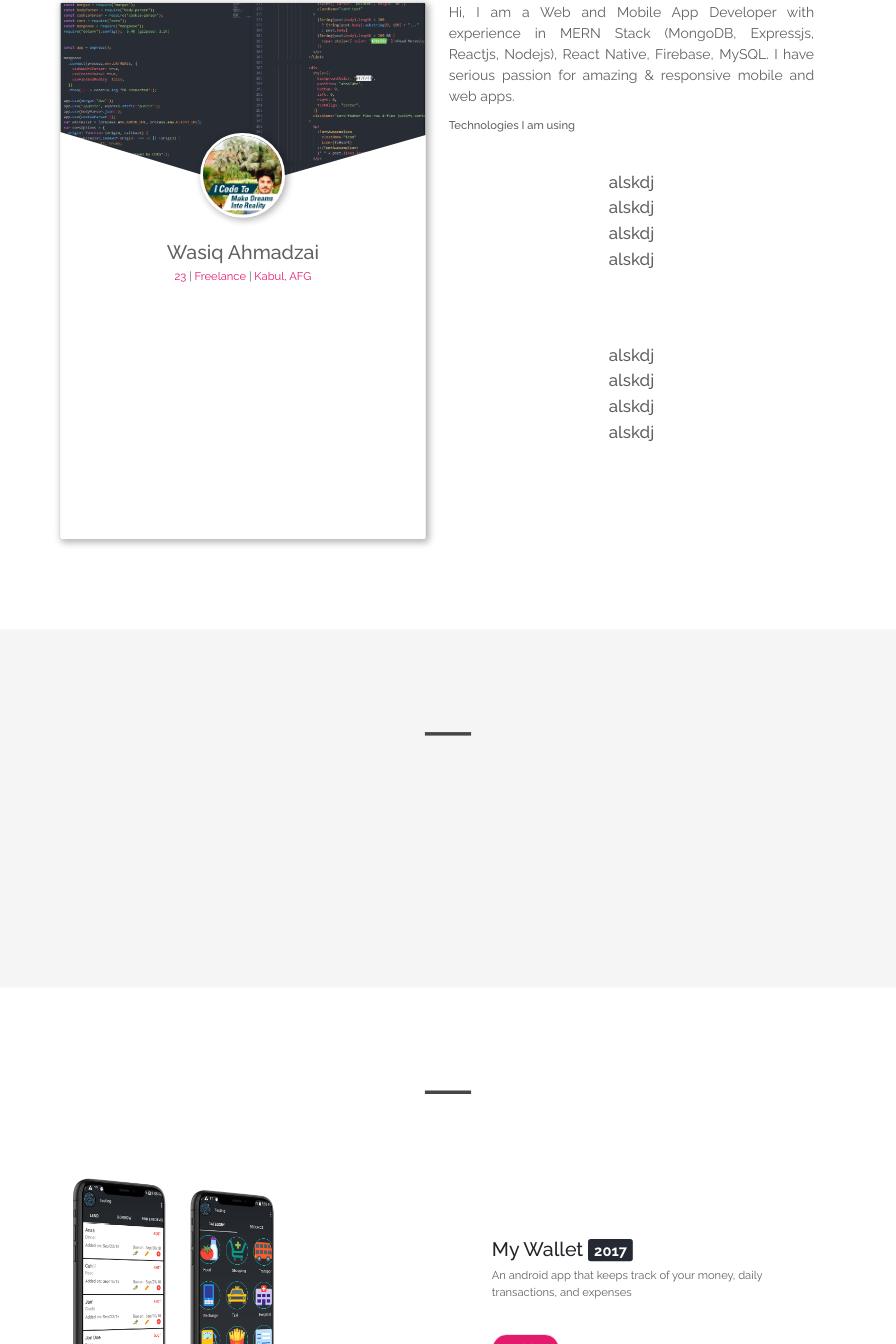
Repository: wasiqkhan/wasiqkhan.github.io
Page: index.html
These files come from the project's save history. The page is drawn as it stood at one moment and after the next save; the edit follows.
The browser window is 1280 px wide. The pictures show the part of the page from y = 897 to 2817 px (the page is 5240 px tall before and 5065 px after), at 70% of full size.
Some web fonts or font styles are not loaded; a fallback is used.

Above is the page before, as saved 2020-11-06 17:43:21.
Not found: js/all.js
Not found: js/app.js
Not found: js/particles.js

### index.html
<!DOCTYPE html>
<html lang="en">
  <!-- Start of Async Drift Code -->
<script>
  "use strict";!function(){var r=window.driftt=window.drift=window.driftt||[];if(!r.init){if(r.invoked)return window.console&&console.error&&console.error("Drift snippet included twice.");r.invoked=!0,r.methods=["identify","config","track","reset","debug","show","ping","page","hide","off","on"],r.factory=function(e){return function(){var t=Array.prototype.slice.call(arguments);return t.unshift(e),r.push(t),r}},r.methods.forEach(function(t){r[t]=r.factory(t)}),r.load=function(t){var e=3e5*Math.ceil(new Date/3e5),r=document.createElement("script");r.type="text/javascript",r.async=!0,r.crossorigin="anonymous",r.src="https://js.driftt.com/include/"+e+"/"+t+".js";var n=document.getElementsByTagName("script")[0];n.parentNode.insertBefore(r,n)}}}(),drift.SNIPPET_VERSION="0.3.1",drift.load("8faar6gaz2cs");
  </script>
  <!-- End of Async Drift Code -->
  <head>

    <meta charset="UTF-8" />
    <meta name="viewport" content="width=device-width, initial-scale=1.0" />
    <meta http-equiv="X-UA-Compatible" content="ie=edge" />
    <!-- <link href="https://fonts.googleapis.com/css?family=Raleway&display=swap" rel="stylesheet"> -->
    <link href="https://fonts.googleapis.com/css?family=Raleway:400,500,600,700,800&display=swap" rel="stylesheet">
    <link href="https://fonts.googleapis.com/icon?family=Material+Icons" rel="stylesheet">
    <link
    href="./css/materialdesignicons.min.css"
    media="all"
    rel="stylesheet"
  />
    <link type="text/css" rel="stylesheet" href="./css/style.css" />
    <link type="text/css" rel="stylesheet" href="./css/bootstrap.min.css" />
    <!-- <link type="text/css" rel="stylesheet" href="./css/all.css" /> -->
    <link type="text/css" rel="stylesheet" href="./css/lightbox.css" />
    <link rel="stylesheet" href="./css/line-awesome.css">
    <!-- <link rel="stylesheet" href="https://maxst.icons8.com/vue-static/landings/line-awesome/font-awesome-line-awesome/css/all.min.css"> -->

    <link rel="shortcut icon" href="./icon.png">

    <link
      type="text/css"
      rel="stylesheet"
      media="screen and (max-width:768px)"
      href="./css/mobile.css"
    />
    <link
      type="text/css"
      rel="stylesheet"
      media="screen and (min-width:769px) and (max-width:992px)"
      href="./css/widescreen.css"
    />
    <link
      type="text/css"
      rel="stylesheet"
      media="screen and (min-width:993px) and (max-width:1199px)"
      href="./css/ipadpro.css"
    />

    <title>Mohammad Wasiq | Full Stack Web & Mobile Developler</title>
  </head>

  <body id="home" >
      <!-- <div id="particles-js">

      </div> -->
    <!-- Navbar -->
    <nav class="navigation">
      <button
        type="button"
        data-toggle="collapse"
        data-target="#myNav"
        class="navbar-toggler hamburger-menu"
      >
        <div class="line1"></div>
        <div class="line2"></div>
        <div class="line3"></div>
      </button>
      <div class="bg-cover"></div>
      <div class="collapse nav-content" id="myNav">
        <div class="container-fluid">
          <div class="row">
            <div class="col-10 max-auto">
              <ul class="navbar-nav flex-lg-row flex-column nav-justified">
                <li class="nav-item">
                  <a class="nav-link m-3 link-item" href="#home">Home</a>
                </li>
                <li class="nav-item">
                  <a class="nav-link m-3 link-item" href="#about">About</a>
                </li>
                <li class="nav-item">
                  <a class="nav-link m-3 link-item" href="#service">Services</a>

                </li>
                <li class="nav-item">
                    <a class="nav-link m-3 link-item" href="#portfolio">Portfolio</a>
                  </li>
                <li class="nav-item">
                  <a class="nav-link m-3 link-item" href="#skills">Skills</a>
                </li>
                <li class="nav-item">
                  <a class="nav-link m-3 link-item" href="#contact">Contact</a>
                </li>
              </ul>
            </div>
          </div>
        </div>
      </div>
    </nav>

    <header id="showcase">



      <div class="showcase-content">
          <h1 class="heading">Hello, I'm <span style="color: #E31B6D">Wasiq Ahmadzai</span>.<br>I'm a Web & Mobile App Developer.</h1>
<!--
          <div class="links">
            <a href="http://www.facebook.com" target="_blank"><i class="fab fa-facebook fa-2x"></i></a>
            <a href="http://www.twitter.com" target="_blank"><i class="fab fa-twitter fa-2x"></i></a>
            <a href="http://www.instagram.com" target="_blank"><i class="fab fa-instagram fa-2x"></i></a>
            <a href="http://www.googleplus.com" target="_blank"><i class="fab fa-google-plus fa-2x"></i></a>
          </div> -->
          <a href="#about" class="btnn">Read more</a>
        </div>
    </header>

    <section id="about" class="primary about">
        <h2 class="text-center m-heading">About Me</h2>
        <div class="line"></div>
      <div class="container new">
        <div class="card cardnew">

          <img src="./img/dev.PNG" class="card-img-top cut" style="margin: auto">
          <div class="card-body">
              <img src="./img/5a159554b6a61a2ba5ccdb57.PNG" class="my-img" />
              <div class="card-title">
                <h3 class="text-center">Wasiq Ahmadzai</h3>
              </div>
              <div class="card-subtitle text-center">
                <p style="color:#E31B6D">23 <span style="color: #616161">|</span> Freelance <span style="color: #616161">|</span> Kabul, AFG</p>
              </div>
              <div class="links">
                  <a href="http://www.facebook.com/ahmadzai.khan.54" target="_blank"><i class="fab fa-facebook fa-2x"></i></a>
                  <a href="https://github.com/wasiqkhan" target="_blank"><i class="fab fa-github fa-2x"></i></a>

                  <a href="https://www.linkedin.com/in/mohammad-wasiq-ahmadzai-5439371b0/" target="_blank"><i class="fab fa-linkedin fa-2x"></i></a>
                </div>
          </div>
        </div>
        <div class="items">



          <div>

          <p class="info-p lead">Hi, I am a Web and Mobile App Developer with experience in MERN Stack (MongoDB, Expressjs, Reactjs, Nodejs), React Native, Firebase, MySQL. I have serious passion for amazing & responsive mobile and web apps.</p>

        </div>
        <h6 style="text-align:left">Technologies I am using</h6>
        <!-- <div class="service-items" style="padding: 0 0">
        <ul class="skill-set">
          <li>Javascript</li>
          <li>Reactjs</li>
          <li>Nodejs</li>
          <li>React Native</li>
          <li>MongoDB</li>
          <li>MySQL</li>
        </ul>
      </div> -->
      <div class="skill-group">
        <h4>alskdj</h4>
        <h4>alskdj</h4>
        <h4>alskdj</h4>
        <h4>alskdj</h4>
      </div>
      <div class="skill-group">
        <h4>alskdj</h4>
        <h4>alskdj</h4>
        <h4>alskdj</h4>
        <h4>alskdj</h4>
      </div>
        <!-- <div class="service-items flex-wrap" style="padding: 0 0">
            <div class="item fun-facts" style="margin-right: 10px ;background: #252934">
              <div>
                <i class="fas fa-coffee fa-2x mb-3" style="color:#E31B6D"></i>
                <h6 class="text-center" style="color: white">100+ Cups of Coffee</h6>

              </div>
            </div>

            <div class="item fun-facts" style="margin-right: 10px ;background: #252934">
              <div>
                  <i class="fas fa-book fa-2x mb-3" style="color:#E31B6D"></i>
                <h6 class="text-center" style="color: white">10+ Books</h6>

              </div>

            </div>

            <div class="item fun-facts" style="margin-right: 10px ;background: #252934">
              <div>
                  <i class="fas fa-bicycle fa-2x mb-3" style="color:#E31B6D"></i>
                <h6 class="text-center" style="color: white">1200km Cycled</h6>

              </div>

            </div>
            <div class="item fun-facts" style="margin-right: 10px;background: #252934">
                <div>
                    <i class="fas fa-award fa-2x mb-3" style="color:#E31B6D"></i>
                  <h6 class="text-center" style="color: white">10 Awards Won</h6>

                </div>

              </div>
          </div> -->



<div>
          <a href="#contact" class="hire-me">Hire Me</a>
        </div>

      </div>


          </div>

    </section>
    <section id="service" class="primary service">
      <div class="container">
        <h2 class="text-center m-heading">Services</h2>
        <div class="line"></div>

        <div class="service-items rotate fun-facts">
          <div class="item">
            <div>
              <i class="fas fa-desktop fa-6x textt mb-3"></i>
              <h3 class="text-center">Web Development</h3>
              <p class="text-center">
                Fully responsive full stack website development
              </p>
            </div>
          </div>

          <div class="item">
            <div>
                <i class="fas fa-mobile-alt fa-6x textt textt2 mb-3"></i>
              <h3 class="text-center">Mobile Apps</h3>
              <p class="text-center">
                Fast and Professional app development using latest technologies
              </p>
            </div>

          </div>

          <div class="item">
            <div>
                <i class="fas fa-rocket fa-6x  textt mb-3"></i>
              <h3 class="text-center">Launch</h3>
              <p class="text-center">
                Deployment and Maintainance

              </p>
            </div>

          </div>
        </div>
      </div>
    </section>
    <section id="portfolio" class="portfolio">
      <div class="container">
        <h2 class="text-center m-heading">Portfolio</h2>
        <div class="line"></div>

        <div class="portfolio-items row align-items-center h-100 text-center text-lg-left" style="margin-top: 120px;">
          <div class="col-lg-6 p-lg-0">
            <img src="./img/walletapp.png" height="350" >

          </div>
          <div class="col-lg-5 mx-auto py-3">
            <h3 class="h3">My Wallet
              <span class="badge badge-sm">2017</span>
            </h3>
            <p class="mb-3" style="color: #616161;">An android app that keeps track of your money, daily transactions, and expenses
            </p>
            <a href="https://bit.ly/3iEEP3P" class="visit" target="_blank">Visit</a>

          </div>

        </div>

        <div class="portfolio-items row align-items-center h-100 text-center text-lg-left " style="margin-top: 220px;">
          <div class="col-lg-6 p-lg-0">
            <img src="./img/lineageweb.png" height="300"  >

          </div>
          <div class="col-lg-5 mx-auto py-3">
            <h3 class="h3 bold">Lineage Logistics
              <span class="badge badge-sm">2020</span>
            </h3>
            <p class="mb-3" style="color: #616161;">
              Lineage Logistics Afghanistan
            </p>
            <a href="https://lineage.com.af/" class="visit" target="_blank">Visit</a>

          </div>

        </div>

        <div class="portfolio-items row align-items-center h-100 text-center text-lg-left" style="margin-top: 220px;">
          <div class="col-lg-6 p-lg-0">
            <img src="./img/hosteldes.png" height="300"  >

          </div>
          <div class="col-lg-5 mx-auto py-3">
            <h3 class="h3">Hostel Managment System
              <span class="badge badge-sm">2018</span>
            </h3>
            <p class="mb-3" style="color: #616161;">Hostel Management System is a JavaFX and SQL Server desktop application. This application allows you to store and manage Hostel data and students records.
            </p>
            <a href="https://github.com/wasiqkhan/Hostel-Management-System" class="visit" target="_blank">Visit</a>

          </div>

        </div>
      </div>
    </section>


    <section id="contact" class="contact">
      <svg preserveAspectRatio="none" viewBox="0 0 100 102" height="90" width="100%" version="1.1"
      xmlns="http://www.w3.org/2000/svg" class="svgcolor-light">

     <path d="M0 0 L50 100 L100 0 Z" fill="white" stroke="white"/>

    </svg>
      <div class="container-fluid">
        <h2 class="text-center m-heading" style="color: #fff">Contact</h2>
        <div class="line"></div>
        <div class="container">
          <h6 class="text-center py-5" style="color: #E31B6D">Have a question or want to make something special?</h6>


                <form
                class="waypoint"
                data-animation="pop-in"
                data-delay=".5s"
                id="contact-form"
              >
                <input placeholder="Name" type="text" name="name" required />
                <input
                  placeholder="Enter email"
                  type="email"
                  name="email"
                  required
                />
                <textarea
                  placeholder="Your Message"
                  type="text"
                  name="message"
                  required
                ></textarea>
                <div id="success">
                  <div>
                    Your message was sent successfully. Thanks!<span
                      id="close"
                      class="mdi mdi-close"
                    ></span>
                  </div>
                </div>
                <input class="button" type="submit" id="submit" value="SUBMIT" />
              </form>



        </div>
    </section>
    <footer id="footer">
      <div class="container">
        <div class="row">
          <div class="col text-center">
            <div class="mb-2">
              <a href="http://www.facebook.com/ahmadzai.khan.54" target="_blank" class="mx-sm-4 mx-2 social"
                ><i class="fab fa-facebook fa-2x"></i
              ></a>
              <a href="https://github.com/wasiqkhan" target="_blank" class="mx-sm-4 mx-2 social"
                ><i class="fab fa-github fa-2x"></i
              ></a>
              <a href="https://www.linkedin.com/in/mohammad-wasiq-ahmadzai-5439371b0/" target="_blank" class="mx-sm-4 mx-2 social"
                ><i class="fab fa-linkedin fa-2x"></i
              ></a>
             -->
            </div>

          </div>
        </div>
        <div class="container-fluid p-3">
            <div class="row">
              <div class="col mb-4">
                <ul class="nav justify-content-center footer-items">
                  <li class="nav-item">
                    <a href="#home" class="nav-link">Home</a>
                  </li>
                  <li class="nav-item">
                    <a href="#about" class="nav-link">About</a>
                  </li>
                  <li class="nav-item">
                    <a href="#service" class="nav-link">Services</a>
                  </li>
                  <li class="nav-item">
                      <a href="#portfolio" class="nav-link">Portfolio</a>
                    </li>
                  <li class="nav-item">
                    <a href="#skills" class="nav-link">Skills</a>
                  </li>
                  <li class="nav-item">
                    <a href="#contact" class="nav-link">Contact</a>
                  </li>

                </ul>
              </div>
            </div>
            <div class="row">
              <div class="col text-light text-center">
                <p>Wasiq Ahmadzai <span style="color: #E31B6D">&copy;2019</span></p>
              </div>
            </div>

      </div>
    </footer>
    <script src="./js/particles.js"></script>
    <script src="./js/app.js"></script>
    <script src="./js/jquery-3.4.1.min.js"></script>
    <script src="./js/popper.js"></script>
    <script src="./js/bootstrap.min.js"></script>
    <script src="./js/script.js"></script>
    <script src="./js/lightbox.js"></script>
    <script src="./js/all.js"></script>
  </body>
</html>

### css/mobile.css
@media (max-width: 500px) {
  #navbar {
    flex-direction: column;
    align-items: center;
  }
  .my-img {
    width: 40%;
    margin-left: 90px;
    margin-top: -100px;
  }
  .showcase-content h1 {
    font-size: 15pt;
  }
  #contact h6 {
    font-size: 9pt;
  }

  .info-p {
    margin-top: -150px;
  }

  .hire-me {
    margin-top: 40px;
  }
  .textt {
    margin-left: 70px;
  }
  .textt2 {
    margin-left: 95px;
  }
  .name {
    text-align: left;
    margin-top: 15px;
    margin-left: -30px;
  }
}

@media (min-width: 501px) and (max-width: 768px) {
  .my-img {
    margin-left: 240px;
  }
}

.info-p {
  margin-top: -100px;
}
.hire-me {
  margin-top: 30px;
}
.items {
  margin: 5rem 2rem;
  display: flex;
  flex-direction: column;
  align-items: center;
  justify-content: center;

  text-align: center;
  /* position: relative; */
  flex-wrap: wrap;
}

.items div {
  flex: 1;
}
.portfolio-items h3 {
  margin-top: 50px;
}

.portfolio-items img {
  width: 100%;
  height: auto;
  text-align: center;
  margin: auto;
}
#portfolio .portfolio-items .item {
  display: flex;
  text-align: left;
}
.service-items {
  display: block;
  padding: 1rem;
}
#service .service-items .item {
  display: flex;
  text-align: left;
}
.new {
  display: flex;
  flex-direction: column;
}

#navbar .l-heading {
  margin-bottom: 0.5rem;
  text-align: center;
}

#about .line,
#service .line,
#skills .line,
#contact .line {
  width: 20%;
  background: #444649;
  height: 5px;
  margin: auto;
}
#skills .line,
#contact .line {
  background: #fff;
}
#projects .line {
  width: 20%;
  background: #444649;
  height: 5px;
  margin-bottom: 50px;
  margin-top: -35px;
}
.contact-content {
  display: flex;
  flex-direction: column;
  justify-content: center;
  align-items: center;
  text-align: center;
  padding: 1rem;
}
.skill-items {
  display: flex;
  flex-direction: column;
  padding: 1rem;
  margin-top: 40px;
}
.skill-group {
  margin: 0;
}
.skill-item h6 {
  margin-left: 5px;

  /* color: #fff; */
}

.progress {
  width: 100%;
}
.items p {
  text-align: justify;
}
section:nth-of-type(4) input[type="text"],
section:nth-of-type(4) input[type="email"],
section:nth-of-type(4) textarea {
  width: 100%;
}
section:nth-of-type(4) #success {
  width: 100%;
  margin: auto;
}

### css/widescreen.css
/* @media (min-width: 769px) and (max-width: 991px) { */
.new {
  display: flex;
  flex-direction: column;
}

.info-p {
  margin-top: -100px;
}
.hire-me {
  margin-top: 30px;
}
.items {
  margin: 5rem 2rem;
  display: flex;
  flex-direction: column;
  align-items: center;
  justify-content: center;

  text-align: center;
  /* position: relative; */
  flex-wrap: wrap;
}

.items div {
  flex: 1;
}
.my-img {
  margin-left: 240px;
}
/* } */

### css/ipadpro.css
.my-img {
  margin-left: 130px;
}

Loaded but not shown: css/materialdesignicons.min.css (library); css/bootstrap.min.css (library); css/lightbox.css (library); js/jquery-3.4.1.min.js (library); js/popper.js (library); js/bootstrap.min.js (library); js/lightbox.js (library); js/script.js (138 lines, source omitted); css/line-awesome.css (6582 lines, source omitted); css/style.css (601 lines, source omitted)

After the next save:
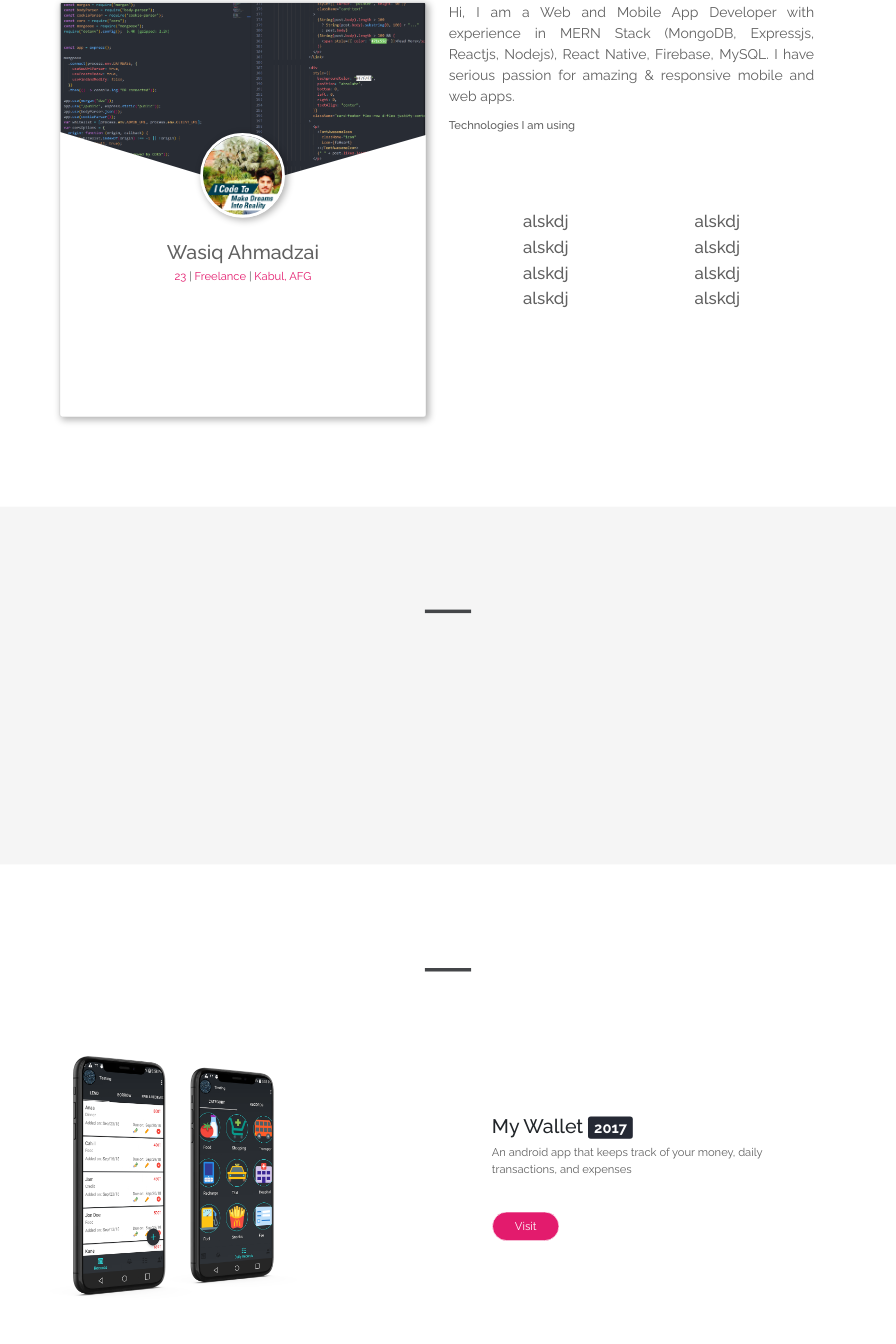
Saved 21 s later.
--- a/index.html
+++ b/index.html
@@ -157,6 +157,7 @@
           <li>MySQL</li>
         </ul>
       </div> -->
+      <div class="skill-items">
       <div class="skill-group">
         <h4>alskdj</h4>
         <h4>alskdj</h4>
@@ -169,6 +170,7 @@
         <h4>alskdj</h4>
         <h4>alskdj</h4>
       </div>
+    </div>
         <!-- <div class="service-items flex-wrap" style="padding: 0 0">
             <div class="item fun-facts" style="margin-right: 10px ;background: #252934">
               <div>
